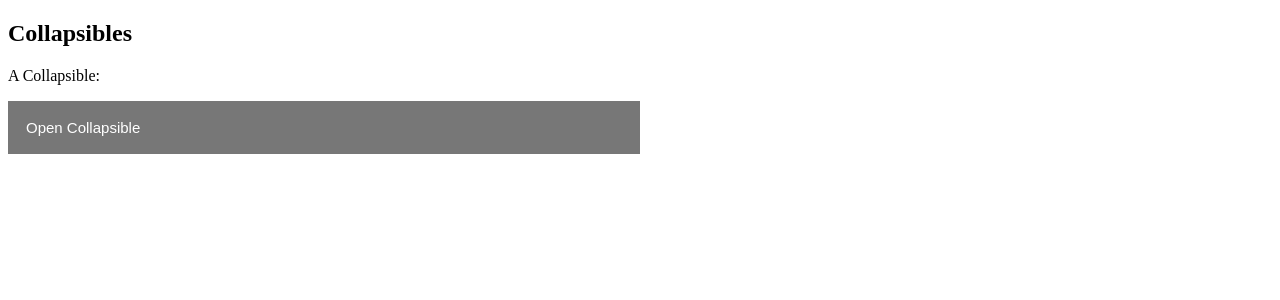
Repository: jpaisiem/WP-4
Page: index.html
An editor plug-in stored every save of this project. The page is shown before and after a run of saves, followed by the edit.
The browser window is 1280 px wide. The pictures show the whole page.

Above is the page before, as saved 2025-04-29 12:05:55.

### index.html
<!DOCTYPE html>
<html>
<head>
<meta name="viewport" content="width=device-width, initial-scale=1">
<style>
.collapsible {
  background-color: #777;
  color: white;
  cursor: pointer;
  padding: 18px;
  width: 50%;
  border: none;
  text-align: left;
  outline: none;
  font-size: 15px;
}

.active, .collapsible:hover {
  background-color: #555;
}

.content {
  padding: 0 18px;
  display: none;
  overflow: hidden;
  background-color: #f1f1f1;
}
</style>
</head>
<body>

<h2>Collapsibles</h2>

<p>A Collapsible:</p>
<button type="button" class="collapsible">Open Collapsible</button>
<div class="content">
  <p></p>
</div>

<script>
var coll = document.getElementsByClassName("collapsible");
var i;

for (i = 0; i < coll.length; i++) {
  coll[i].addEventListener("click", function() {
    this.classList.toggle("active");
    var content = this.nextElementSibling;
    if (content.style.display === "block") {
      content.style.display = "none";
    } else {
      content.style.display = "block";
    }
  });
}
</script>

</body>
</html>

After the next 2 saves:
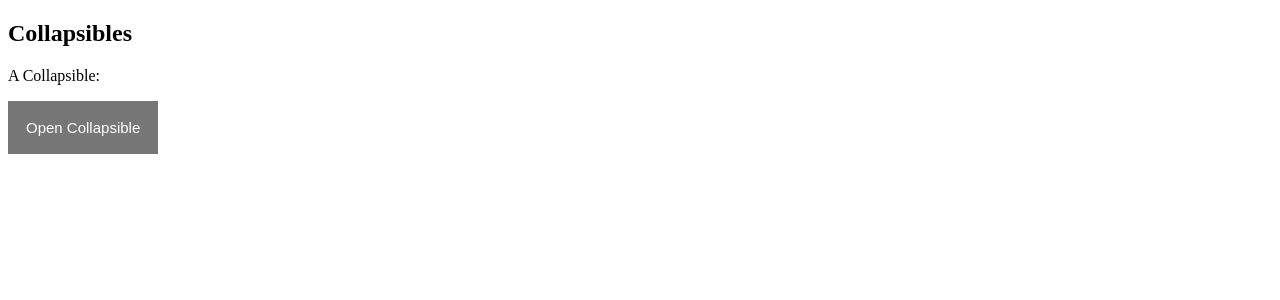
The 2 saves are shown as one change because they came seconds apart.
The last was saved 12 s later.
--- a/index.html
+++ b/index.html
@@ -8,7 +8,7 @@
   color: white;
   cursor: pointer;
   padding: 18px;
-  width: 50%;
+  width: fit-content;
   border: none;
   text-align: left;
   outline: none;
